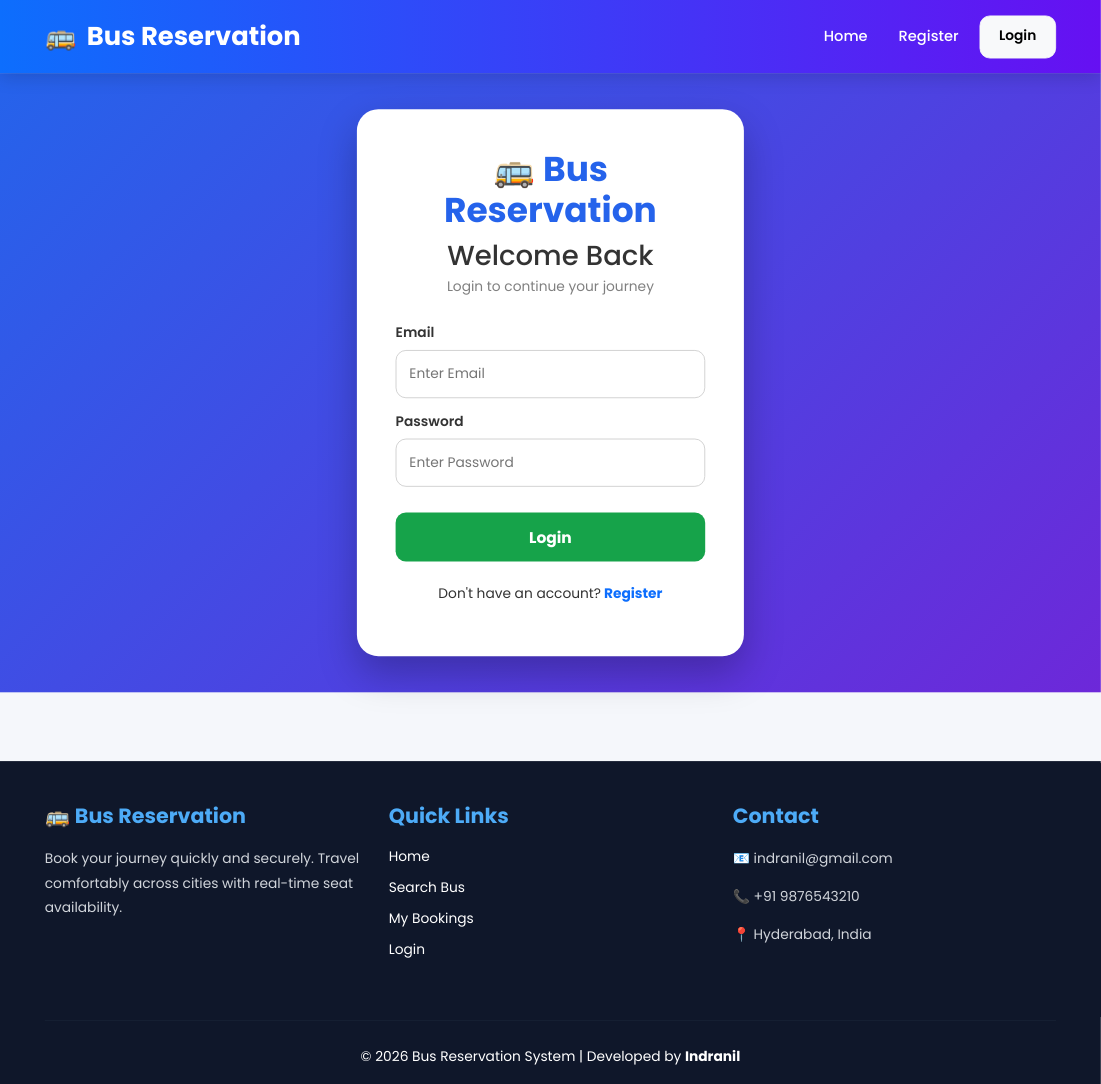
Repository: Eswarabhinay06/Bus-Reservation-System
Page: /login (app in AIML-09-Bus-Reservation-System-main/bus-reservation-frontend/)
These files come from the project's save history. The page is drawn as it stood at one moment and after the next save; the edit follows.
The browser window is 1280 px wide. The pictures show the whole page, at 86% of full size.
The project was rebuilt for these pictures with package versions that can differ from the ones it lists, and the page was loaded fresh each time. Also part of the build but not shown: AIML-09-Bus-Reservation-System-main/bus-reservation-frontend/vite.config.js, AIML-09-Bus-Reservation-System-main/bus-reservation-frontend/src/styles/Hero.css, AIML-09-Bus-Reservation-System-main/bus-reservation-frontend/src/components/Hero.jsx, AIML-09-Bus-Reservation-System-main/bus-reservation-frontend/src/components/SearchBar.jsx, AIML-09-Bus-Reservation-System-main/bus-reservation-frontend/src/styles/BusCard.css, AIML-09-Bus-Reservation-System-main/bus-reservation-frontend/src/components/BusCard.jsx, AIML-09-Bus-Reservation-System-main/bus-reservation-frontend/src/styles/SeatSelection.css, AIML-09-Bus-Reservation-System-main/bus-reservation-frontend/src/components/SeatSelection.jsx and 7 more.

Above is the page before, as saved 2026-07-14 11:21:06.

After the next save:
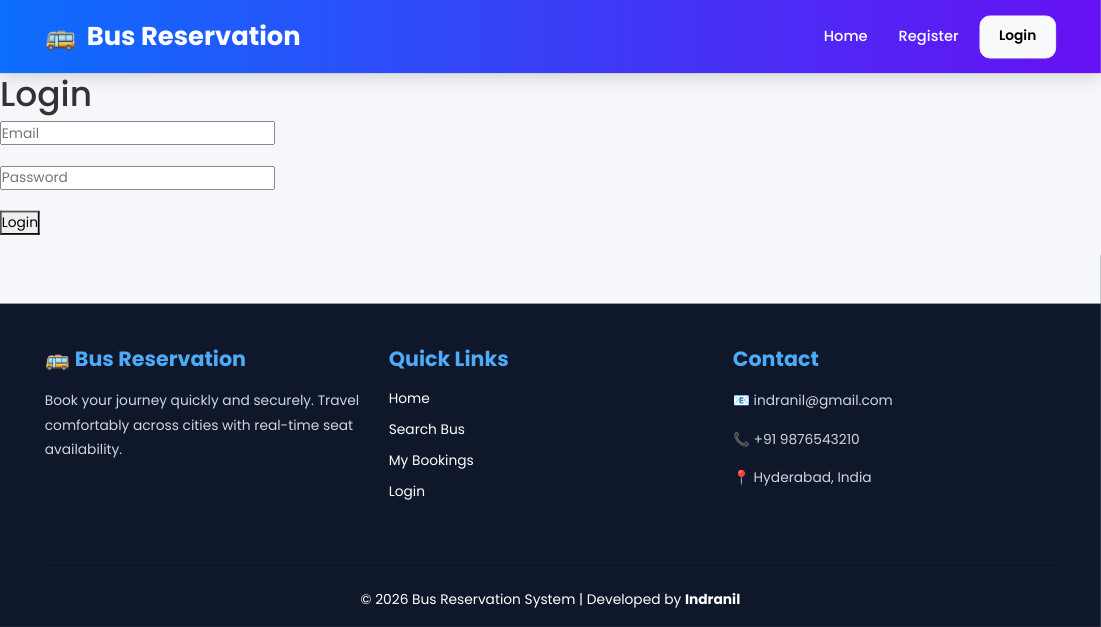
Saved 5 min 21 s later.
--- a/AIML-09-Bus-Reservation-System-main/bus-reservation-frontend/src/pages/Login.jsx
+++ b/AIML-09-Bus-Reservation-System-main/bus-reservation-frontend/src/pages/Login.jsx
@@ -1,11 +1,7 @@
 import { useState } from "react";
-import { Link, useNavigate } from "react-router-dom";
 import api from "../services/api";
 import "../styles/Login.css";
-
 function Login() {
-  const navigate = useNavigate();
-
   const [form, setForm] = useState({
     email: "",
     password: "",
@@ -15,82 +11,45 @@ function Login() {
     e.preventDefault();
 
     if (!form.email || !form.password) {
-      alert("Please enter Email and Password");
-      return;
-    }
+  alert("Enter email and password");
+  return;
+}
 
     try {
       const response = await api.post("/auth/login", form);
 
+      // Save logged in user
       localStorage.setItem("user", JSON.stringify(response.data));
 
       alert("Welcome " + response.data.name);
-
-      navigate("/");
     } catch (error) {
       console.error(error);
-      alert("Invalid Email or Password");
+      alert("Invalid email or password");
     }
   };
 
   return (
-    <div className="login-page">
+    <div>
+      <h1>Login</h1>
 
-      <div className="login-card">
+      <form onSubmit={handleSubmit}>
+        <input
+          placeholder="Email"
+          value={form.email}
+          onChange={(e) => setForm({ ...form, email: e.target.value })}
+        />
+        <br /><br />
 
-        <h1 className="logo">
-          🚌 Bus Reservation
-        </h1>
+        <input
+          type="password"
+          placeholder="Password"
+          value={form.password}
+          onChange={(e) => setForm({ ...form, password: e.target.value })}
+        />
+        <br /><br />
 
-        <h2>Welcome Back</h2>
-
-        <p className="subtitle">
-          Login to continue your journey
-        </p>
-
-        <form onSubmit={handleSubmit}>
-
-          <label>Email</label>
-
-          <input
-            type="email"
-            placeholder="Enter Email"
-            value={form.email}
-            onChange={(e) =>
-              setForm({
-                ...form,
-                email: e.target.value,
-              })
-            }
-          />
-
-          <label>Password</label>
-
-          <input
-            type="password"
-            placeholder="Enter Password"
-            value={form.password}
-            onChange={(e) =>
-              setForm({
-                ...form,
-                password: e.target.value,
-              })
-            }
-          />
-
-          <button type="submit">
-            Login
-          </button>
-
-        </form>
-
-        <p className="register-link">
-          Don't have an account?
-          <Link to="/register"> Register</Link>
-        </p>
-
-      </div>
-
+        <button type="submit">Login</button>
+      </form>
     </div>
   );
 }
